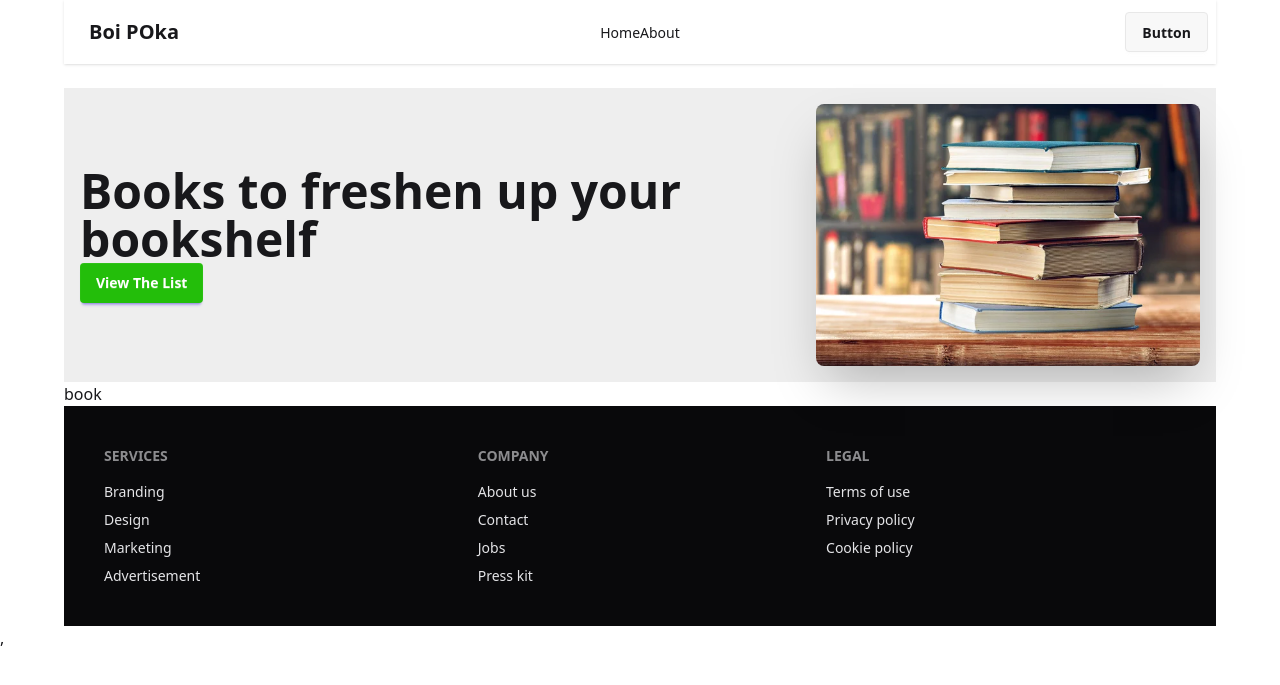
Repository: SanjidaSnigdha/Boipoka-Book-Vibe-Project
Page: /
The author's editor kept a copy of each file at every save. The page is drawn from the files as they stood at one save, then again after the next save.
The browser window is 1280 px wide. The pictures show the whole page.
The project was rebuilt for these pictures with package versions that can differ from the ones it lists, and the page was loaded fresh each time. Also part of the build but not shown: vite.config.js, src/App.css, src/App.jsx, src/Pages/Root/ErrorPage/ErrorPage.jsx.

Above is the page before, as saved 2026-05-12 12:55:04.

### index.html
<!doctype html>
<html lang="en">
  <head>
    <meta charset="UTF-8" />
    <link rel="icon" type="image/svg+xml" href="/favicon.svg" />
    <meta name="viewport" content="width=device-width, initial-scale=1.0" />
    <title>boipuka</title>
  </head>
  <body>
    <div id="root"></div>
    <script type="module" src="/src/main.jsx"></script>
  </body>
</html>

### src/main.jsx
import { StrictMode } from 'react'
import { createRoot } from 'react-dom/client'
import './index.css'
import App from './App.jsx'
import {
  RouterProvider,
} from "react-router";
import { router } from './Routes/Routes.jsx';




createRoot(document.getElementById('root')).render(
  <StrictMode>
     <RouterProvider router={router} />,
  </StrictMode>,
)

### src/index.css
@import "tailwindcss";
@plugin "daisyui" {
themes : light --default, dark --prefersdark;
themes: light --default;
}
   dark mode to light mode ( index.css)

### src/Routes/Routes.jsx
import React from 'react';
import {
  createBrowserRouter,
} from "react-router";
import Root from '../Pages/Root/Root';
import ErrorPage from '../Pages/Root/ErrorPage/ErrorPage';
import { Component } from 'react';
import Home from '../Pages/Home/Home';

 export const router = createBrowserRouter([
  {
    path: "/",
    Component: Root,
    errorElement: <ErrorPage></ErrorPage>,
    children: [
      {
      index: true,
      path: '/',
      Component: Home

    },
  ],
},
]);

### src/Pages/Root/Root.jsx
import React from 'react';
import Navbar from '../../Components/Header/Navbar/Navbar';
import { Outlet } from 'react-router';
import Footer from '../../Components/Footer/Footer';

const Root = () => {
    return (
        <div className='max-w-6xl mx-auto'>
            <Navbar></Navbar>
            <Outlet></Outlet>
            <Footer></Footer>

        </div>
    );
};

export default Root;

### src/Pages/Home/Home.jsx
import React from 'react';
import Banner from '../../Components/Banner/Banner';
import Books from '../Books/Books';

const Home = () => {
    return (
        <div>
            <Banner></Banner>
            <Books></Books>
        </div>
    );
};

export default Home;

### src/Components/Header/Navbar/Navbar.jsx
import React from 'react';

const Navbar = () => {
    const links = <>
      <li>Home</li>
      <li>About</li>
    </>
    return (
        <div className="navbar bg-base-100 shadow-sm">
  <div className="navbar-start">
    <div className="dropdown">
      <div tabIndex={0} role="button" className="btn btn-ghost lg:hidden">
        <svg xmlns="http://www.w3.org/2000/svg" className="h-5 w-5" fill="none" viewBox="0 0 24 24" stroke="currentColor"> <path strokeLinecap="round" strokeLinejoin="round" strokeWidth="2" d="M4 6h16M4 12h8m-8 6h16" /> </svg>
      </div>
      <ul
        tabIndex="-1"
        className="menu menu-sm dropdown-content bg-base-100 rounded-box z-1 mt-3 w-52 p-2 shadow">
       {links}
      </ul>
    </div>
    <a className="btn btn-ghost text-xl">Boi POka</a>
  </div>
  <div className="navbar-center hidden lg:flex">
    <ul className="menu menu-horizontal px-1">
      {links}
    </ul>
  </div>
  <div className="navbar-end">
    <a className="btn">Button</a>
  </div>
</div>
    );
};

export default Navbar;

### src/Components/Footer/Footer.jsx
import React from 'react';

const Footer = () => {
    return (
        <footer className="footer sm:footer-horizontal bg-neutral text-neutral-content p-10">
  <nav>
    <h6 className="footer-title">Services</h6>
    <a className="link link-hover">Branding</a>
    <a className="link link-hover">Design</a>
    <a className="link link-hover">Marketing</a>
    <a className="link link-hover">Advertisement</a>
  </nav>
  <nav>
    <h6 className="footer-title">Company</h6>
    <a className="link link-hover">About us</a>
    <a className="link link-hover">Contact</a>
    <a className="link link-hover">Jobs</a>
    <a className="link link-hover">Press kit</a>
  </nav>
  <nav>
    <h6 className="footer-title">Legal</h6>
    <a className="link link-hover">Terms of use</a>
    <a className="link link-hover">Privacy policy</a>
    <a className="link link-hover">Cookie policy</a>
  </nav>
</footer>
    );
};

export default Footer;

### src/Components/Banner/Banner.jsx
import React from 'react';
import bookImage from '../../assets/books.jpg'

const Banner = () => {
    return (

        <div className="hero bg-base-300 mt-6 h-70px">
  <div className="hero-content flex-col lg:flex-row-reverse">
    <img
      src={bookImage}
      className="max-w-sm rounded-lg shadow-2xl "
    />
    <div>
      <h1 className="text-5xl font-bold">Books to freshen up your bookshelf</h1>
       <button className="btn btn-primary bg-[#23BE0A] border-0 text-[#FFFFFF]">View The List</button>
    </div>
  </div>
</div>

    );
};

export default Banner;

### src/Pages/Books/Books.jsx
import React, { useEffect, useState } from 'react';

const Books = () => {
    const [allBooks, setAllBooks] = useState([]);
    useEffect(() => {
        fetch("booksData.json")
        .then(res=>res.json())
        .then(data =>{
            setAllBooks(data)
        })
    },[])
    return (
        <div>
            <h1>book</h1>
        </div>
    );
};

export default Books;

### public/booksData.json
[
  {
    "bookId": 1,
    "bookName": "The Great Gatsby",
    "author": "F. Scott Fitzgerald",
    "image": "https://i.ibb.co.com/khHN7Pk/9780143454212.jpg",
    "review": "'The Great Gatsby' by F. Scott Fitzgerald is a timeless masterpiece that delves into the decadence and disillusionment of the Jazz Age. Set in the Roaring Twenties, the novel unveils the enigmatic Jay Gatsby's extravagant parties, masking a pursuit of lost love. Narrated by Nick Carraway, the story explores themes of wealth, love, and the American Dream, drawing readers into a vivid portrayal of the glittering yet elusive world of the East and West Egg. Fitzgerald's prose is both poetic and haunting, weaving a compelling narrative that transcends its era. A poignant exploration of societal excess and the human condition, 'The Great Gatsby' remains a literary gem that resonates across generations.",
    "totalPages": 192,
    "rating": 4.5,
    "category": "Classic",
    "tags": ["Fiction", "Romance"],
    "publisher": "Scribner",
    "yearOfPublishing": 1925
  },
  {
    "bookId": 2,
    "bookName": "To Kill a Mockingbird",
    "author": "Harper Lee",
    "image": "https://i.ibb.co.com/0cv102J/To-Kill-a-Mockingbird.webp",
    "review": "'The Great Gatsby' by F. Scott Fitzgerald is a timeless masterpiece that delves into the decadence and disillusionment of the Jazz Age. Set in the Roaring Twenties, the novel unveils the enigmatic Jay Gatsby's extravagant parties, masking a pursuit of lost love. Narrated by Nick Carraway, the story explores themes of wealth, love, and the American Dream, drawing readers into a vivid portrayal of the glittering yet elusive world of the East and West Egg. Fitzgerald's prose is both poetic and haunting, weaving a compelling narrative that transcends its era. A poignant exploration of societal excess and the human condition, 'The Great Gatsby' remains a literary gem that resonates across generations.",
    "totalPages": 281,
    "rating": 4.8,
    "category": "Fiction",
    "tags": ["Drama", "Social Justice"],
    "publisher": "J.B. Lippincott & Co.",
    "yearOfPublishing": 1960
  },
  {
    "bookId": 3,
    "bookName": "1984",
    "author": "George Orwell",
    "image": "https://i.ibb.co.com/MprDyVt/51-BIA4rrae-L-AC-UF1000-1000-QL80.jpg",
    "review": "'The Great Gatsby' by F. Scott Fitzgerald is a timeless masterpiece that delves into the decadence and disillusionment of the Jazz Age. Set in the Roaring Twenties, the novel unveils the enigmatic Jay Gatsby's extravagant parties, masking a pursuit of lost love. Narrated by Nick Carraway, the story explores themes of wealth, love, and the American Dream, drawing readers into a vivid portrayal of the glittering yet elusive world of the East and West Egg. Fitzgerald's prose is both poetic and haunting, weaving a compelling narrative that transcends its era. A poignant exploration of societal excess and the human condition, 'The Great Gatsby' remains a literary gem that resonates across generations.",
    "totalPages": 328,
    "rating": 4.6,
    "category": "Fiction",
    "tags": ["Dystopian", "Political"],
    "publisher": "Secker & Warburg",
    "yearOfPublishing": 1949
  },
  {
    "bookId": 4,
    "bookName": "The Catcher in the Rye",
    "author": "J.D. Salinger",
    "image": "https://i.ibb.co.com/tYSWRfG/catcherrye-edited-1-800x.png",
    "review": "'The Great Gatsby' by F. Scott Fitzgerald is a timeless masterpiece that delves into the decadence and disillusionment of the Jazz Age. Set in the Roaring Twenties, the novel unveils the enigmatic Jay Gatsby's extravagant parties, masking a pursuit of lost love. Narrated by Nick Carraway, the story explores themes of wealth, love, and the American Dream, drawing readers into a vivid portrayal of the glittering yet elusive world of the East and West Egg. Fitzgerald's prose is both poetic and haunting, weaving a compelling narrative that transcends its era. A poignant exploration of societal excess and the human condition, 'The Great Gatsby' remains a literary gem that resonates across generations.",
    "totalPages": 224,
    "rating": 4.3,
    "category": "Fiction",
    "tags": ["Young Adult", "Identity"],
    "publisher": "Little, Brown and Company",
    "yearOfPublishing": 1951
  },
  {
    "bookId": 5,
    "bookName": "Pride and Prejudice",
    "author": "Jane Austen",
    "image": "https://i.ibb.co.com/YdQDMpn/81me-ud-V63-L-AC-UF1000-1000-QL80.jpg",
    "review": "'The Great Gatsby' by F. Scott Fitzgerald is a timeless masterpiece that delves into the decadence and disillusionment of the Jazz Age. Set in the Roaring Twenties, the novel unveils the enigmatic Jay Gatsby's extravagant parties, masking a pursuit of lost love. Narrated by Nick Carraway, the story explores themes of wealth, love, and the American Dream, drawing readers into a vivid portrayal of the glittering yet elusive world of the East and West Egg. Fitzgerald's prose is both poetic and haunting, weaving a compelling narrative that transcends its era. A poignant exploration of societal excess and the human condition, 'The Great Gatsby' remains a literary gem that resonates across generations.",
    "totalPages": 279,
    "rating": 4.7,
    "category": "Classic",
    "tags": ["Romance", "Satire"],
    "publisher": "T. Egerton, Whitehall",
    "yearOfPublishing": 1813
  },
  {
    "bookId": 6,
    "bookName": "The Hobbit",
    "author": "J.R.R. Tolkien",
    "image": "https://i.ibb.co.com/xS8YvxL/81m-CE-uclx-L-UF1000-1000-QL80.jpg",
    "review": "'The Great Gatsby' by F. Scott Fitzgerald is a timeless masterpiece that delves into the decadence and disillusionment of the Jazz Age. Set in the Roaring Twenties, the novel unveils the enigmatic Jay Gatsby's extravagant parties, masking a pursuit of lost love. Narrated by Nick Carraway, the story explores themes of wealth, love, and the American Dream, drawing readers into a vivid portrayal of the glittering yet elusive world of the East and West Egg. Fitzgerald's prose is both poetic and haunting, weaving a compelling narrative that transcends its era. A poignant exploration of societal excess and the human condition, 'The Great Gatsby' remains a literary gem that resonates across generations.",
    "totalPages": 310,
    "rating": 4.9,
    "category": "Fantasy",
    "tags": ["Adventure", "Epic"],
    "publisher": "Allen & Unwin",
    "yearOfPublishing": 1937
  },
  {
    "bookId": 7,
    "bookName": "Harry Potter and the Sorcerer's Stone",
    "author": "J.K. Rowling",
    "image": "https://i.ibb.co.com/989qMRW/42844155.jpg",
    "review": "'The Great Gatsby' by F. Scott Fitzgerald is a timeless masterpiece that delves into the decadence and disillusionment of the Jazz Age. Set in the Roaring Twenties, the novel unveils the enigmatic Jay Gatsby's extravagant parties, masking a pursuit of lost love. Narrated by Nick Carraway, the story explores themes of wealth, love, and the American Dream, drawing readers into a vivid portrayal of the glittering yet elusive world of the East and West Egg. Fitzgerald's prose is both poetic and haunting, weaving a compelling narrative that transcends its era. A poignant exploration of societal excess and the human condition, 'The Great Gatsby' remains a literary gem that resonates across generations.",
    "totalPages": 309,
    "rating": 4.8,
    "category": "Fantasy",
    "tags": ["Magic", "Young Adult"],
    "publisher": "Bloomsbury",
    "yearOfPublishing": 1997
  },
  {
    "bookId": 8,
    "bookName": "The Alchemist",
    "author": "Paulo Coelho",
    "image": "https://i.ibb.co.com/zS9jsdK/18144590.jpg",
    "review": "'The Great Gatsby' by F. Scott Fitzgerald is a timeless masterpiece that delves into the decadence and disillusionment of the Jazz Age. Set in the Roaring Twenties, the novel unveils the enigmatic Jay Gatsby's extravagant parties, masking a pursuit of lost love. Narrated by Nick Carraway, the story explores themes of wealth, love, and the American Dream, drawing readers into a vivid portrayal of the glittering yet elusive world of the East and West Egg. Fitzgerald's prose is both poetic and haunting, weaving a compelling narrative that transcends its era. A poignant exploration of societal excess and the human condition, 'The Great Gatsby' remains a literary gem that resonates across generations.",
    "totalPages": 177,
    "rating": 4.6,
    "category": "Fiction",
    "tags": ["Philosophical", "Adventure"],
    "publisher": "HarperCollins",
    "yearOfPublishing": 1988
  },
  {
    "bookId": 9,
    "bookName": "The Girl on the Train",
    "author": "Paula Hawkins",
    "image": "https://i.ibb.co.com/P6hfCmJ/Whats-App-Image-2024-05-22-at-11-21-25-2e21ae46.jpg",
    "review": "'The Great Gatsby' by F. Scott Fitzgerald is a timeless masterpiece that delves into the decadence and disillusionment of the Jazz Age. Set in the Roaring Twenties, the novel unveils the enigmatic Jay Gatsby's extravagant parties, masking a pursuit of lost love. Narrated by Nick Carraway, the story explores themes of wealth, love, and the American Dream, drawing readers into a vivid portrayal of the glittering yet elusive world of the East and West Egg. Fitzgerald's prose is both poetic and haunting, weaving a compelling narrative that transcends its era. A poignant exploration of societal excess and the human condition, 'The Great Gatsby' remains a literary gem that resonates across generations.",
    "totalPages": 316,
    "rating": 4.2,
    "category": "Mystery",
    "tags": ["Suspense", "Psychological"],
    "publisher": "Riverhead Books",
    "yearOfPublishing": 2015
  }
]

After the next save:
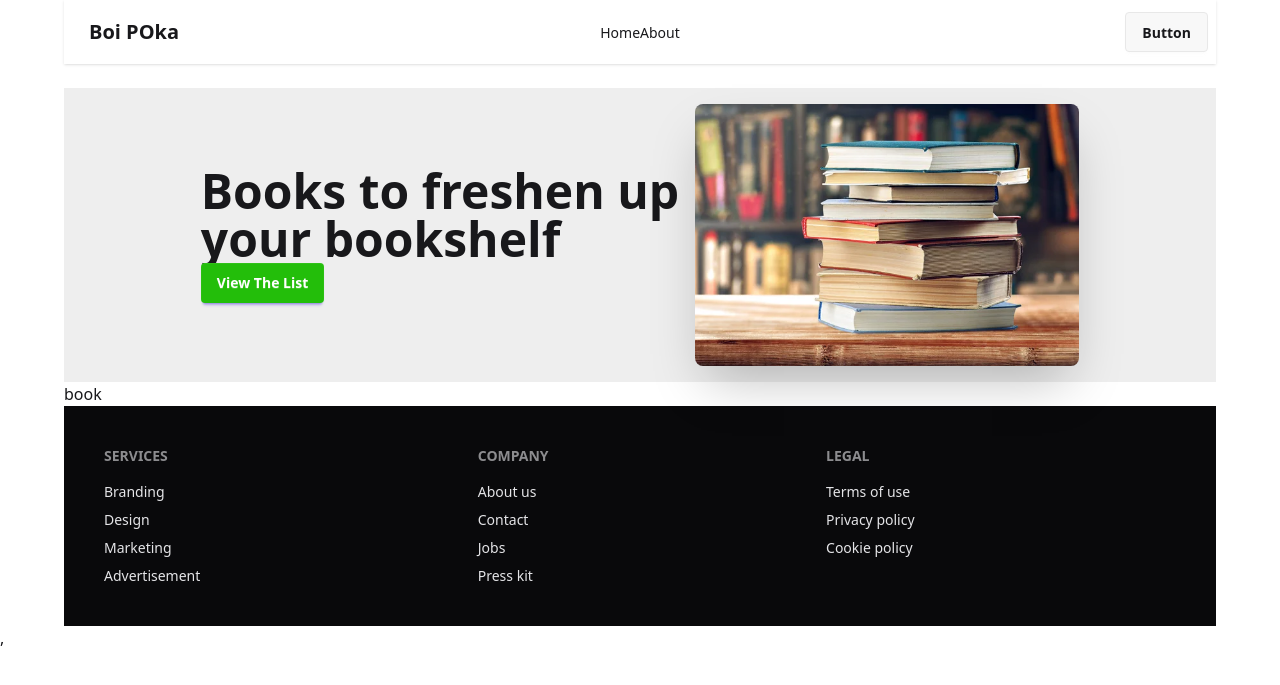
Saved 62 s later.
--- a/src/Components/Banner/Banner.jsx
+++ b/src/Components/Banner/Banner.jsx
@@ -11,7 +11,7 @@ const Banner = () => {
       className="max-w-sm rounded-lg shadow-2xl "
     />
     <div>
-      <h1 className="text-5xl font-bold">Books to freshen up your bookshelf</h1>
+      <h1 className="text-5xl font-bold">Books to freshen up<br></br> your bookshelf</h1>
        <button className="btn btn-primary bg-[#23BE0A] border-0 text-[#FFFFFF]">View The List</button>
     </div>
   </div>
